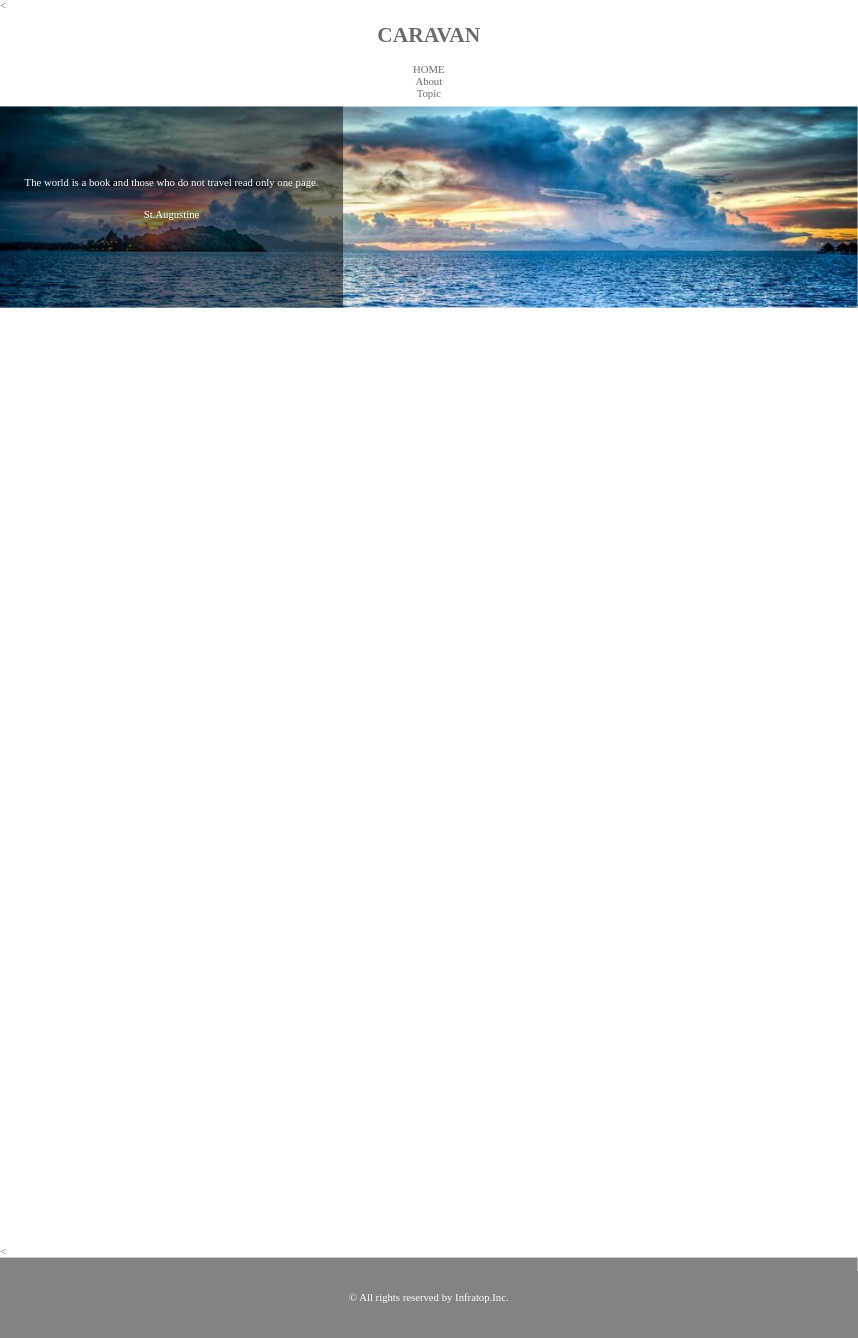
Repository: YabuYoshi/Bookers1
Page: carvan/index.html
The author's editor kept a record of every edit. The page is drawn from the files as they stood at one moment, then again after the next edit.
The browser window is 1280 px wide. The pictures show the whole page, at 67% of full size.

Above is the page before.

### carvan/index.html
<!DOCTYPE html>
<html lang="ja">
  <head>
    <meta charset="UTF-8" />
    <!-- CSSファイルの読み込み -->
    <link rel="stylesheet" href="style.css" />
    <title>CARAVAN</title>
  </head>

  <body>
    <<header>
      <h1 class="heading">
        <a href="index.html">
          CARAVAN
        </a>
      </h1>
    </header>

    <nab>
      <ul class="nav-list">
        <li class="nav-list-item">
          <a href="index.html">HOME</a>
        </li>
        <li class="nav-list-item">About</li>
        <li class="nav-list-item">Topic</li>
      </ul>
    </nab>

    <div class="main-visual">
      <div class="main-visual-content">
        <p class="main-visual-text">
          The world is a book and those who do not travel read only one page.
        </p>
        <p class="main-visual-name">
          St.Augustine
        </p>
      </div>
    </div>
    <div class="main">
      <div class="blog"></div>
      <div class="sidebar"></div>
    </div>
    <<footer>
      <p class="footer-text">© All rights reserved by Infratop.Inc.</p>
    </footer>

  </body>
</html>

### carvan/style.css
* {
  margin: 0;
  padding: 0;
  box-sizing: border-box;
  color: #6c6b6b;
}

a {
  text-decoration: none;
}

header {
  width: 90%;
  padding: 15px 0;
  margin: 0 auto;
  text-align: center;
}

header .heading {
  font-size: 32px;
}

.nav-list {
  text-align: center;
  padding: 10px 0;
  margin: 0 auto;
}

.navi-list-item {
  list-style: none;
  display: inline-block;
  margin: 0 20px;
}

.main-visual {
  width: 100%;
  height: 300px;
  background-image: url(img/img/mv.jpg);
  background-size: cover;
  background-position: center;
}

.main-visual-content {
  width: 40%;
  height: 300px;
  background-color: rgba(0,0,0,0.5);
  text-align: center;
  padding-top: 105px;
}

.main-visual-text{
  color: #fff;
}

.main-visual-name{
  margin-top: 30px;
  color: #fff;
}

.main {
  width: 840px;
  display: flex;
  justify-content: center;
  margin: 0 auto;
}

.blog {
  width: 600px; /* 横幅600px */
  height: 1400px; /* 高さ1400px */
}

.sidebar {
  width: 240px; /* 横幅240px */
  height: 1400px; /* 高さ1400px */
}

footer{
  width: 100%;
  height: 120px;
  text-align: center;
  line-height: 120px;
  background-color: #848282;
}

.footer-text {
  color: #fff;
}

After the next edit:
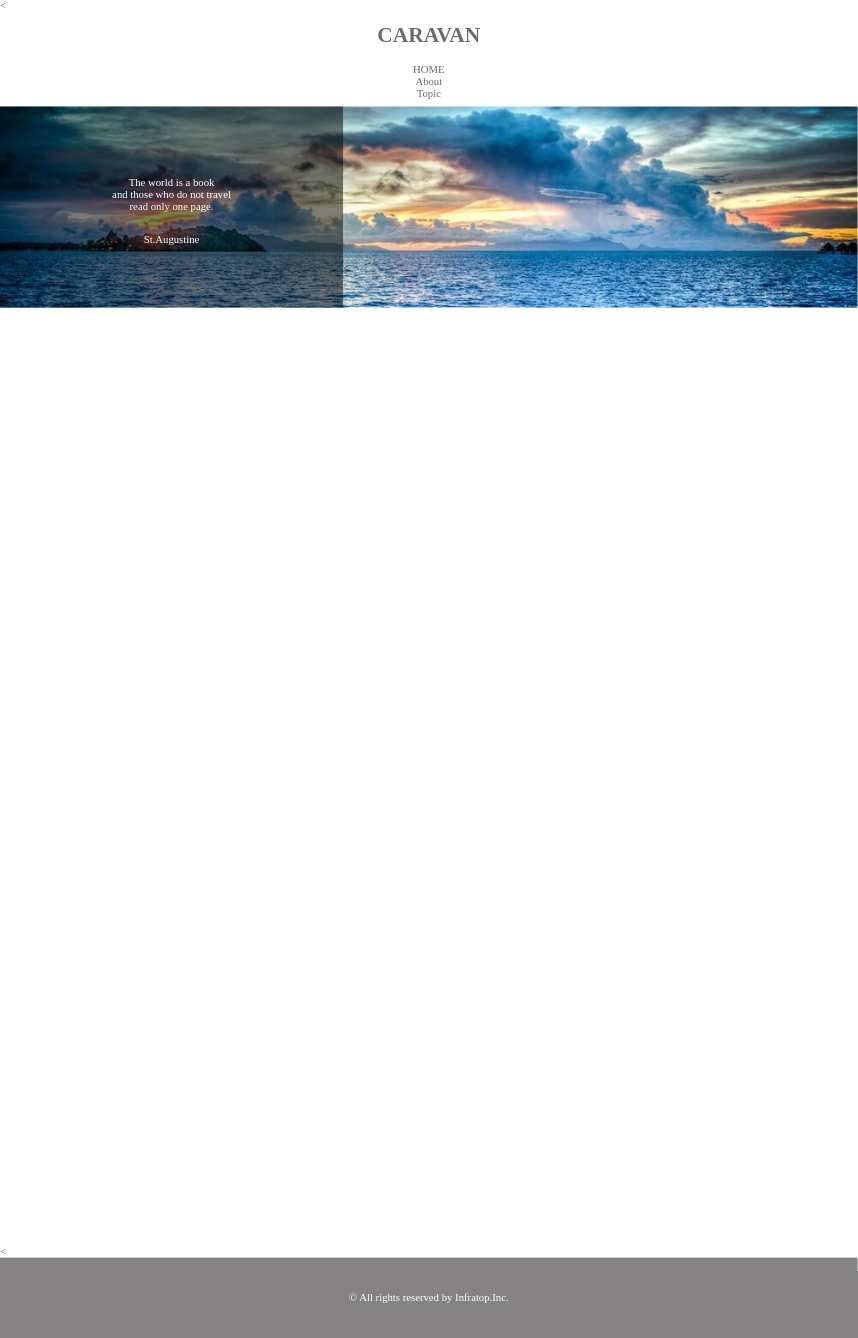
The edit:
--- a/carvan/index.html
+++ b/carvan/index.html
@@ -29,7 +29,9 @@
     <div class="main-visual">
       <div class="main-visual-content">
         <p class="main-visual-text">
-          The world is a book and those who do not travel read only one page.
+          The world is a book<br />
+          and those who do not travel<br />
+          read only one page.
         </p>
         <p class="main-visual-name">
           St.Augustine
